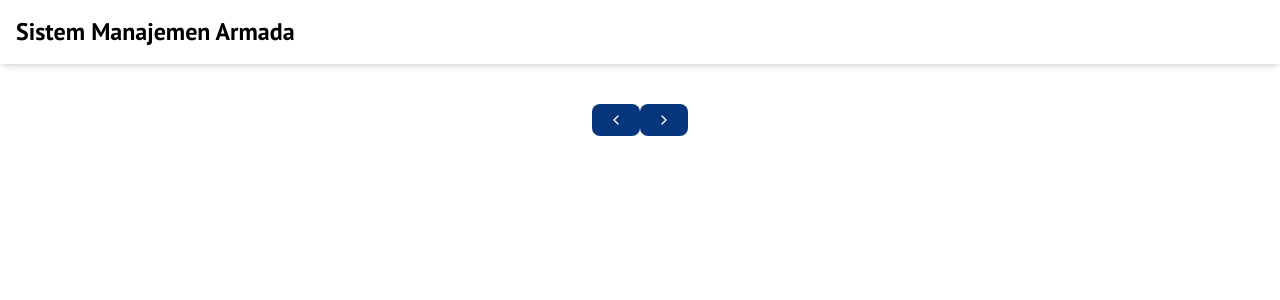
Repository: SyahrulRmd/8973d208-5d3b
Page: /
These files come from the project's save history. The page is drawn as it stood at one moment and after the next save; the edit follows.
The browser window is 1280 px wide. The pictures show the whole page.
The page's requests for data from a server got no answer. The project was rebuilt for these pictures with package versions that can differ from the ones it lists, and the page was loaded fresh each time. No one was signed in, and anything a server would have sent is missing. Also part of the build but not shown: vite.config.ts, src/components/ui/dialog.tsx, src/components/icons/bus.tsx.

Above is the page before, as saved 2025-07-05 22:03:29.

### index.html
<!doctype html>
<html lang="en">

<head>
  <meta charset="UTF-8" />
  <link rel="icon" type="image/svg+xml" href="/vite.svg" />
  <meta name="viewport" content="width=device-width, initial-scale=1.0" />
  <title>Sistem Manajemen Armada</title>
</head>

<body>
  <div id="root"></div>
  <script type="module" src="/src/main.tsx"></script>
</body>

</html>

### src/main.tsx
import { StrictMode } from 'react'
import { createRoot } from 'react-dom/client'
import './index.css'
import App from './App.tsx'
import Navbar from './components/navbar.tsx'

createRoot(document.getElementById('root')!).render(
  <StrictMode>
    <div className='flex flex-col gap-10'>
      <Navbar />
      <App />
    </div>
  </StrictMode>,
)

### src/index.css
@import url('https://fonts.googleapis.com/css2?family=PT+Sans:ital,wght@0,400;0,700;1,400;1,700&family=Roboto:ital,wght@0,100..900;1,100..900&display=swap');
@import "tailwindcss";

@layer base {
  * {
    font-family: 'PT Sans', sans-serif;
  }
}

@utility container {
  @apply mx-auto px-4;
}

### src/App.tsx
import { useLayoutEffect, useRef, useState } from 'react'
import { BASE_URL } from './common/base-url'
import { formatDate, formatStatus } from './common/formatter'
import useGet from './hooks/use-get'
import type Vehicle from './types/vehicle'
import Dialog from './components/ui/dialog'
import Button from './components/ui/button'
import CustomDialog from './components/ui/dialog'
import BusIcon from './components/icons/bus'
import { ChevronLeft, ChevronRight, Plus } from 'lucide-react'

function App() {
  const fields = 'fields[vehicle]=speed,occupancy_status,revenue_status,longitude,latitude,label,direction_id,current_stop_sequence,current_status,carriages,bearing,updated_at'
  const page = 'page[offset]=0&page[limit]=10'

  const { data, loading, error } = useGet<Vehicle[]>(`${BASE_URL}/vehicles?${encodeURI(fields)}&${encodeURI(page)}`, { isArray: true },)

  console.log(data)



  return (
    <div>
      <section className='container'>
        <div className='grid grid-cols-12 sm:gap-10 gap-4'>
          {data?.map((vehicle, index) => (
            <div className='col-span-12 sm:col-span-6 md:col-span-4'>
              <VehicleCard key={index} vehicle={vehicle} />
            </div>
          ))}
        </div>
        <div className='flex justify-center'>
          <Button>
            <ChevronLeft className='w-4 h-4' />
          </Button>
          <Button>
            <ChevronRight className='w-4 h-4' />
          </Button>
        </div>
      </section>
    </div>
  )
}

export default App

const VehicleCard = ({ vehicle }: { vehicle: Vehicle }) => {
  const [isOpen, setIsOpen] = useState(false)


  console.log(formatStatus(vehicle.current_status));

  const statusBgColor = (status: string) => {
    switch (status) {
      case "IN_TRANSIT_TO":
        return 'bg-blue-500/20 text-blue-500 border border-blue-500'
      case "STOPPED_AT":
        return 'bg-orange-400/20 text-orange-400 border border-orange-400'
      case 'INCOMING_AT':
        return 'bg-green-500/20 text-green-500 border border-green-500'
      default:
        return 'bg-gray-500/20 text-gray-500 border border-gray-500'
    }
  }


  return (
    <>
      <div onClick={() => setIsOpen(true)} >
        <div className='bg-white rounded-lg p-4 shadow-md space-y-3'>
          <div className='flex justify-between items-center'>
            <div className='flex items-center gap-2'>
              <BusIcon className='w-6 h-6' />
              <h3 className='text-xl font-bold'>{vehicle.label}</h3>
            </div>
            <p className={`px-2 py-1 rounded-md text-xs ${statusBgColor(vehicle.current_status)} `}>{formatStatus(vehicle.current_status)}</p>
          </div>
          <div className='space-y-1'>
            <p className='text-sm text-gray-500'><span className='font-semibold'>Lattitude:</span> {vehicle.latitude}</p>
            <p className='text-sm text-gray-500'><span className='font-semibold'>Longitude:</span> {vehicle.longitude}</p>
          </div>
          <div>
            <p className='text-sm text-gray-500'>Terakhir Di-update</p>
            <p className='text-sm text-gray-500'>{formatDate(vehicle.updated_at)}</p>
          </div>
        </div>
      </div>
      <CustomDialog isOpen={isOpen} setIsOpen={setIsOpen} title='Dialog'>
        <div>
          <h3 className='text-lg font-bold'>{vehicle.label}</h3>
          <p className={`text-sm  ${statusBgColor(vehicle.current_status)} px-2 py-1 rounded-md`}>{formatStatus(vehicle.current_status)}</p>
          <p className='text-sm text-gray-500'>{vehicle.latitude} & {vehicle.longitude}</p>
          <p className='text-sm text-gray-500'>{formatDate(vehicle.updated_at)}</p>
        </div>
      </CustomDialog>
    </>
  )
}

### src/components/navbar.tsx
const Navbar = () => {
  return (
    <nav className='bg-white shadow-md py-4'>
      <div className='container'>
        <h1 className='text-2xl font-bold'>Sistem Manajemen Armada</h1>
      </div>
    </nav>
  );
}

export default Navbar;

### src/common/base-url.ts
export const BASE_URL = 'https://api-v3.mbta.com'

### src/common/formatter.ts
export const formatDate = (date: string) => {
  const localDate = date.replace(/[+-]\d{2}:\d{2}$/, '');
  return new Date(localDate).toLocaleDateString('id-ID', {
    year: 'numeric',
    month: 'long',
    day: 'numeric',
    hour: '2-digit',
    minute: '2-digit',
    second: '2-digit',
  });
}

export const formatStatus = (status: string) => {
  const formatted = status.replaceAll('_', ' ');
  const capitalize = formatted.split(' ').map(word => word.charAt(0).toUpperCase() + word.slice(1).toLowerCase()).join(' ');
  return capitalize;
}

### src/hooks/use-get.ts
import { useEffect, useState } from "react";

const useGet = <T>(url: string, { isArray = false }: { isArray?: boolean }) => {
  const [data, setData] = useState<T | null>(null);
  const [loading, setLoading] = useState(true);
  const [error, setError] = useState(null);

  useEffect(() => {
    fetch(url)
      .then(res => res.json())
      .then((data) => {
        console.log(data['data']);

        if (isArray) {
          // eslint-disable-next-line @typescript-eslint/no-explicit-any
          setData(data['data'].map((item: any) => item.attributes) as T)
        } else {
          setData(data.data.attributes as T)
        }
      })
      .catch(setError)
      .finally(() => setLoading(false));
  }, [isArray, url]);

  return { data, loading, error };
}

export default useGet;

### src/components/ui/button.tsx
const Button = ({ className, children, onClick }: { className?: string, children: React.ReactNode, onClick?: () => void }) => {
  return (
    <button onClick={onClick} className={`bg-[#06367c] text-white px-4 py-2 font-semibold inline-flex gap-2 items-center justify-center rounded-lg ${className}`}>
      {children}
    </button>
  );
}

export default Button;

After the next save:
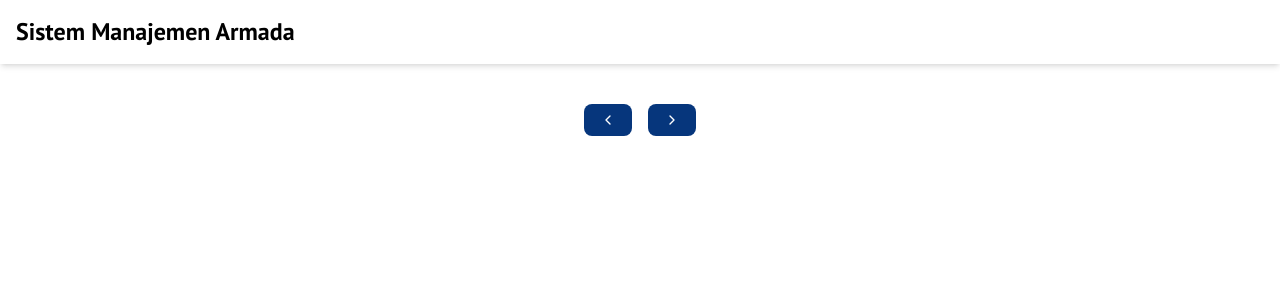
Saved 6 s later.
--- a/src/App.tsx
+++ b/src/App.tsx
@@ -29,7 +29,7 @@ function App() {
             </div>
           ))}
         </div>
-        <div className='flex justify-center'>
+        <div className='flex justify-center gap-4'>
           <Button>
             <ChevronLeft className='w-4 h-4' />
           </Button>
